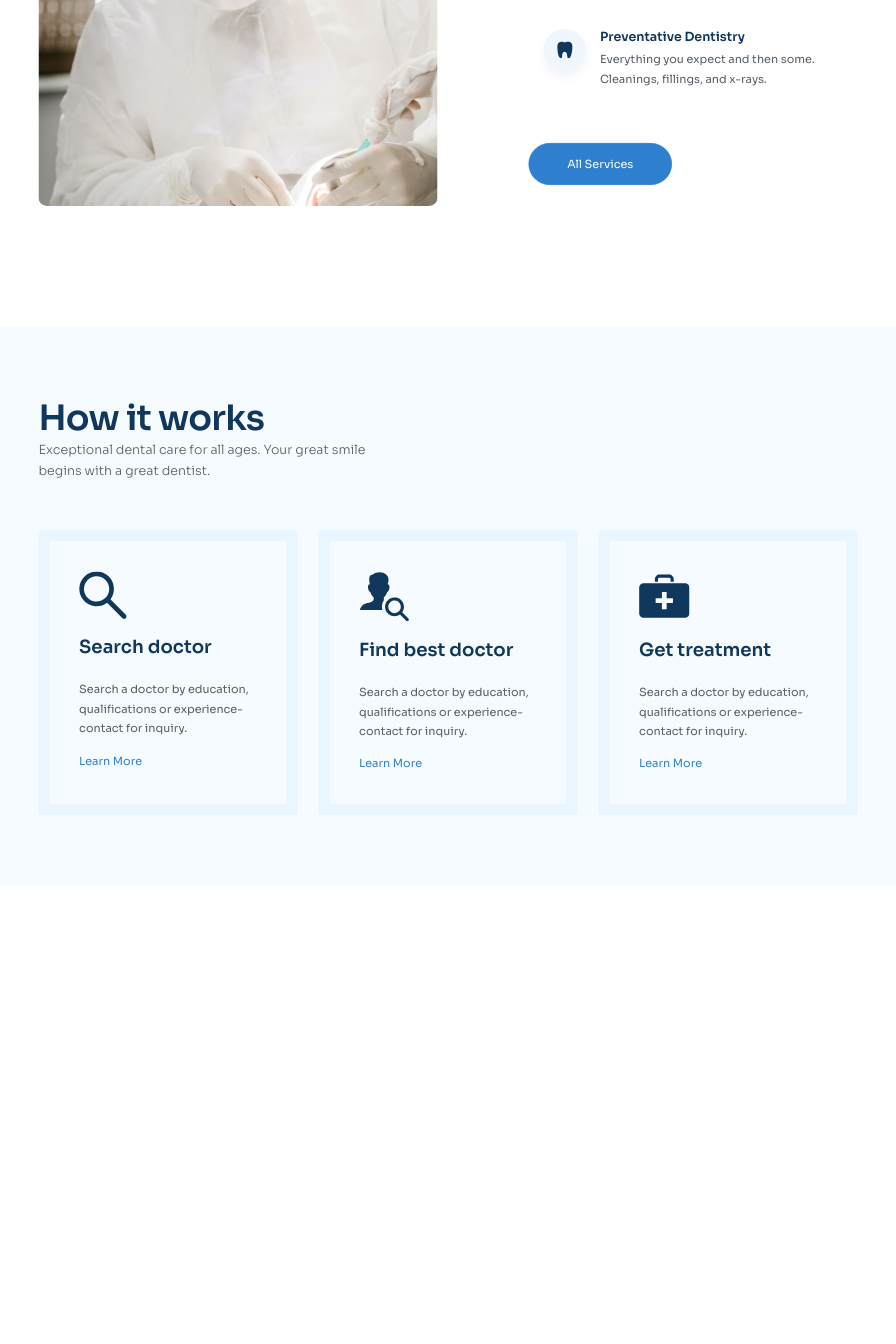
Repository: Tran-Dat/F8_Project_03
Page: index.html
These files come from the project's save history. The page is drawn as it stood at one moment and after the next save; the edit follows.
The browser window is 1280 px wide. The pictures show the part of the page from y = 1436 to 3356 px (the page is 3800 px tall), at 70% of full size.
The pointer rests on the first visible `.work-item`.

Above is the page before, as saved 2023-04-03 15:55:15.

After the next save:
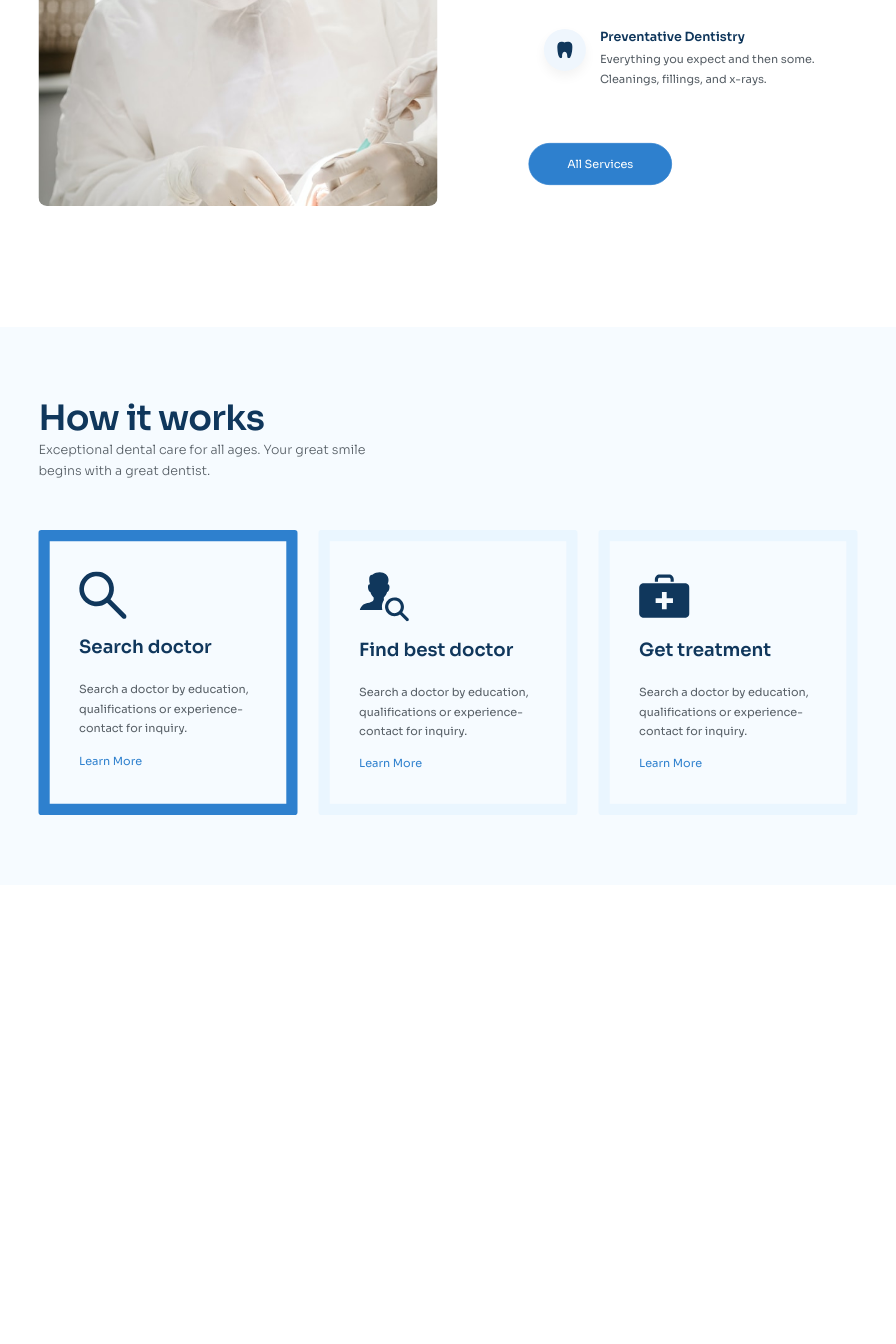
Saved 63 s later.
--- a/assets/css/style.css
+++ b/assets/css/style.css
@@ -352,6 +352,10 @@ a {
     padding: 43px 42px;
 }
 
+.work-item:hover {
+    border: 16px solid #2e80ce;
+}
+
 .work-item__heading {
     margin-top: 20px;
     font-weight: 600;
